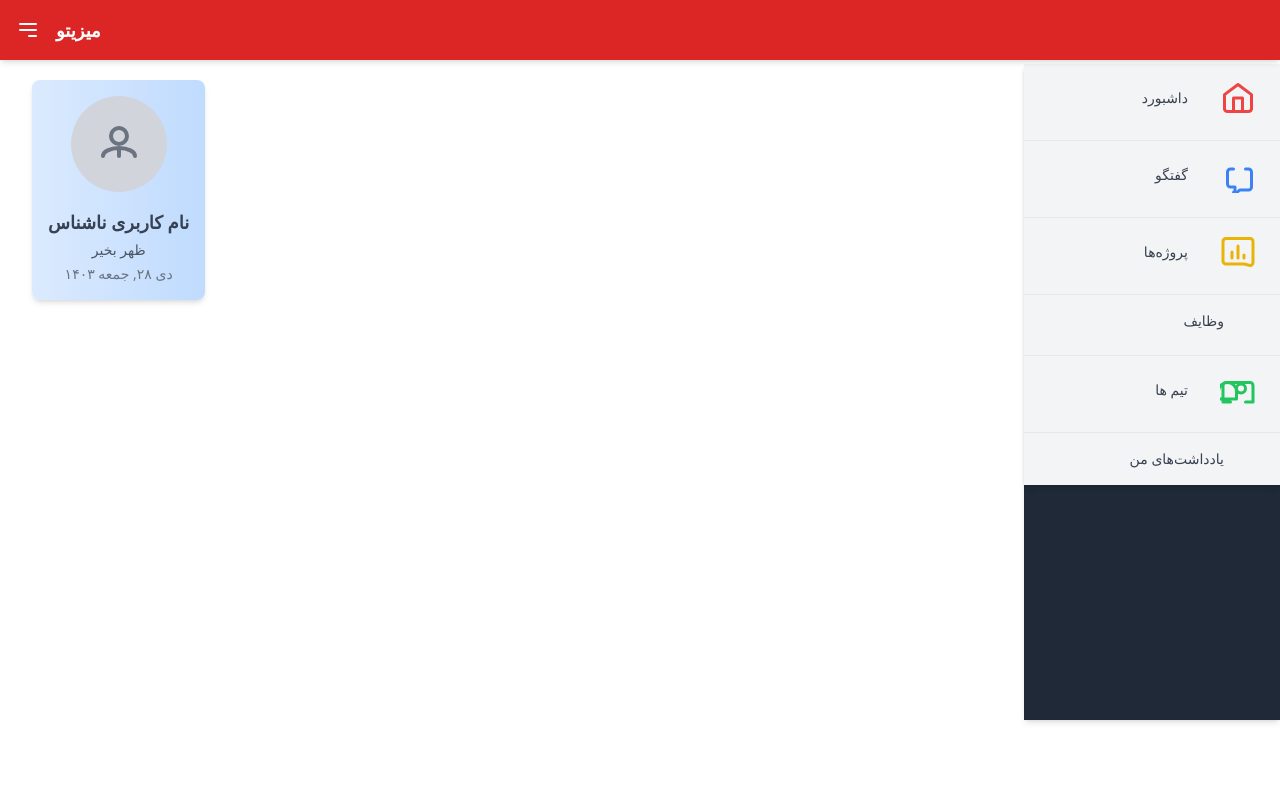
Repository: spnovaa/work-hive
Page: / (app in front_end/)
An editor plug-in stored every save of this project. The page is shown before and after the next save, followed by the edit.
The browser window is 1280 px wide. The pictures show the whole page.
The page's requests for data from a server got no answer. The project was rebuilt for these pictures with package versions that can differ from the ones it lists, and the page was loaded fresh each time. No one was signed in, and anything a server would have sent is missing. Also part of the build but not shown: front_end/src/api/auth.js, front_end/src/components/loadingSpinner.jsx, front_end/src/pages/login.jsx, front_end/src/pages/registration.jsx, front_end/src/common/axiosInstance.js, front_end/src/components/profile/profileSettingsModal.jsx, front_end/src/components/profile/dropdown.jsx, front_end/src/components/project/projectCardComponent.jsx and 10 more.

Above is the page before, as saved 2025-01-18 14:12:17.

### front_end/src/index.js
import React from 'react';
import ReactDOM from 'react-dom/client'; // Import from 'react-dom/client' for React 18+
import './styles/globals.css';
import App from './App';

// Create a root element for rendering the React application
const root = ReactDOM.createRoot(document.getElementById('root'));

// Use the new `render` method for React 18+
root.render(
  <React.StrictMode>
    <App />
  </React.StrictMode>
);

### front_end/src/App.jsx
import React, { useState } from 'react';
import { BrowserRouter as Router, Routes, Route } from 'react-router-dom';
import Login from './pages/login';
import Registration from './pages/registration';
import Home from './pages/home';
import ProjectsDashboard from './components/project/projectDashboard.jsx';
import ProjectDetails from './components/project/projectDetails.jsx';
import NewProject from './components/project/newProject.jsx';
import DashboardSidebar from './components/dashboardSidebar';
import TaskPage from './components/task/taskPage.jsx';
import TeamList from './components/team/teamList.jsx';
import TopBar from './components/topBar.jsx';

function App() {
  const [sidebarVisible, setSidebarVisible] = useState(true);

  const toggleSidebar = () => {
    setSidebarVisible((prev) => !prev);
  };

  return (
    <Router>
      <div className="flex flex-col h-screen">
        <div className="w-full bg-red-600 shadow-md fixed top-0 z-20">
          <TopBar toggleSidebar={toggleSidebar} />
        </div>

        <div className="flex flex-grow">
          {sidebarVisible && (
            <div className="w-64 bg-gray-800 fixed top-16 bottom-0 right-0 z-10 shadow-md">
              <DashboardSidebar />
            </div>
          )}
          <div
            className={`flex-grow ${
              sidebarVisible ? 'pr-64' : ''
            } pt-16 p-4 transition-all duration-300`}
          >
            <Routes>
              <Route path="/login" element={<Login />} />
              <Route path="/register" element={<Registration />} />
              <Route path="/" element={<Home />} />
              <Route path="/projects" element={<ProjectsDashboard />} />
              <Route path="/projects/new" element={<NewProject />} />
              <Route path="/projects/:projectId" element={<ProjectDetails />} />
              <Route path="/tasks" element={<TaskPage />} />
              <Route path="/teams" element={<TeamList />} />
            </Routes>
          </div>
        </div>
      </div>
    </Router>
  );
}

export default App;

### front_end/src/pages/home.jsx
import React, { useState } from 'react';
import ProfileSection from '../components/profile/profileSection';
import { useLocation } from 'react-router-dom';
import DashboardSidebar from '../components/dashboardSidebar';
import  ProfileSettingsModal  from '../components/profile/profileSettingsModal.jsx'
function Home() {
  const [isModalOpen, setIsModalOpen] = useState(false);

    const openModal = () => {
        setIsModalOpen(true);
    };

    const closeModal = () => {
        setIsModalOpen(false);
    };
  const location = useLocation();
  const name = location.state?.name || "نام کاربری ناشناس";
  const [background, setBackground] = useState('bg-white');
  const handleBackgroundChange = (bg) => {
    setBackground(bg);
  };
  const getCurrentDate = () => {
    const options = { weekday: 'long', year: 'numeric', month: 'long', day: 'numeric' };
    return new Date().toLocaleDateString('fa-IR', options);
  };
  return (
    <div className={`h-screen ${background} `}>
      <div className="absolute top-20 left-8">
        <ProfileSection
          name={name}
          greeting="ظهر بخیر"
          date={getCurrentDate()}
          onBackgroundChange={handleBackgroundChange}
          onSettingsClick={openModal}
        />
      </div>
      <ProfileSettingsModal show={isModalOpen} onClose={closeModal} />
    </div>
  );
}

export default Home;

### front_end/src/components/dashboardSidebar.jsx
import React from 'react';
import { useNavigate } from 'react-router-dom';

function SidebarItem({ icon, label, onClick }) {
    return (
        <div
            className="className=flex items-center justify-start flex-row-reverse p-4 cursor-pointer hover:bg-gray-100"
            onClick={onClick}
        >
            <div className="flex items-center">
                <span className="text-lg text-gray-700 mr-2">{icon}</span>
                <span className="text-gray-700 text-sm font-medium mr-8">{label}</span>
            </div>

        </div>
    );
}

function DashboardSidebar() {
    const navigate = useNavigate();

    const handleNavigation = (path) => {
        navigate(path);
    };

    return (
        <div className="w-64 bg-gray-100 text-white shadow-md p-0 " dir="rtl" >
            <SidebarItem
                icon={
                    <svg
                        xmlns="http://www.w3.org/2000/svg"
                        className="h-9 w-9 text-red-500"
                        fill="none"
                        viewBox="0 0 24 24"
                        stroke="currentColor"
                    >
                        <path
                            strokeLinecap="round"
                            strokeLinejoin="round"
                            strokeWidth="2"
                            d="M3 9.75L12 3l9 6.75v9.75A2.25 2.25 0 0118.75 21H5.25A2.25 2.25 0 013 19.5V9.75z"
                        />
                        <path
                            strokeLinecap="round"
                            strokeLinejoin="round"
                            strokeWidth="2"
                            d="M9 21V12h6v9"
                        />
                    </svg>
                }
                label="داشبورد"
                onClick={() => handleNavigation('/')}
            />
            <hr className="w-full border-gray-200 mt-2" />
            <SidebarItem
               icon={
                <svg
                  xmlns="http://www.w3.org/2000/svg"
                  className="h-9 w-9 text-blue-500"
                  fill="none"
                  viewBox="0 0 24 24"
                  stroke="currentColor"
                >
                  <path
                    strokeLinecap="round"
                    strokeLinejoin="round"
                    strokeWidth="2"
                    d="M17 8h2a2 2 0 012 2v10a2 2 0 01-2 2h-5.586a1 1 0 00-.707.293l-2.707 2.707A1 1 0 0110 23V20H7a2 2 0 01-2-2V10a2 2 0 012-2h2"
                  />
                </svg>
              }
                label="گفتگو"
                onClick={() => handleNavigation('/conversations')}
            />
              <hr className="w-full border-gray-200 mt-2" />
            <SidebarItem
                icon={
                    <svg
                      xmlns="http://www.w3.org/2000/svg"
                      className="h-9 w-9 text-yellow-500"
                      fill="none"
                      viewBox="0 0 24 24"
                      stroke="currentColor"
                    >
                      <path
                        strokeLinecap="round"
                        strokeLinejoin="round"
                        strokeWidth="2"
                        d="M8 16v-4m4 4V8m4 8v-2m0 6H4a2 2 0 01-2-2V5a2 2 0 012-2h16a2 2 0 012 2v14a2 2 0 01-2 2z"
                      />
                    </svg>
                  }
                label="پروژه‌ها"
                onClick={() => handleNavigation('/projects')}
            />
              <hr className="w-full border-gray-200 mt-2" />
            <SidebarItem
                icon={<i className="fas fa-tasks" />}
                label="وظایف"
                onClick={() => handleNavigation('/tasks')}
            />
              <hr className="w-full border-gray-200 mt-2" />
            <SidebarItem
              icon={
                <svg
                  xmlns="http://www.w3.org/2000/svg"
                  className="h-9 w-9 text-green-500"
                  fill="none"
                  viewBox="0 0 24 24"
                  stroke="currentColor"
                >
                  <path
                    strokeLinecap="round"
                    strokeLinejoin="round"
                    strokeWidth="2"
                    d="M17 20h5V9a2 2 0 00-2-2H4a2 2 0 00-2 2v11h5m10-9a3 3 0 11-6 0 3 3 0 016 0zm-6 2a6 6 0 00-12 0v5h12v-5z"
                  />
                </svg>
              }
                label="تیم ها"
                onClick={() => handleNavigation('/teams')}
            />
              <hr className="w-full border-gray-200 mt-2" />
            <SidebarItem
                icon={<i className="fas fa-sticky-note" />}
                label="یادداشت‌های من"
                onClick={() => handleNavigation('/notes')}
            />
        </div>
    );
}

export default DashboardSidebar;

### front_end/src/components/topBar.jsx
import React from 'react';

function TopBar({ toggleSidebar }) {
  return (
    <div className="flex items-center justify-between p-4">
      <div className="flex items-center">
        <button
          onClick={toggleSidebar}
          className="mr-4 cursor-pointer text-white"
        >
          <svg
            xmlns="http://www.w3.org/2000/svg"
            className="h-6 w-6"
            fill="none"
            viewBox="0 0 24 24"
            stroke="currentColor"
          >
            <path
              strokeLinecap="round"
              strokeLinejoin="round"
              strokeWidth="2"
              d="M4 6h16M4 12h16m-7 6h7"
            />
          </svg>
        </button>
        <div className="text-white text-lg font-bold">میزیتو</div>
      </div>
    </div>
  );
}

export default TopBar;

### front_end/src/components/profile/profileSection.jsx
import React, { useState, useEffect, useRef } from 'react';
import ProfileDropdown from './dropdown.jsx';

const ProfileSection = ({ name, greeting, date, onBackgroundChange ,onSettingsClick}) => {
  const [isDropdownOpen, setIsDropdownOpen] = useState(false);
  const dropdownRef = useRef(null);

  const toggleDropdown = () => {
    setIsDropdownOpen((prev) => !prev);
  };

  useEffect(() => {
    const handleClickOutside = (event) => {
      if (dropdownRef.current && !dropdownRef.current.contains(event.target)) {
        setIsDropdownOpen(false);
      }
    };

    document.addEventListener('mousedown', handleClickOutside);
    return () => {
      document.removeEventListener('mousedown', handleClickOutside);
    };
  }, []);

  return (
    <div className="relative">
  <div
    className={`relative z-0 p-4 bg-gradient-to-r from-blue-100 to-blue-200 rounded-lg shadow-md max-w-xs cursor-pointer ${
      isDropdownOpen ? 'hidden' : ''
    }`}
    onClick={toggleDropdown}
  >
    <div className="flex flex-col items-center">
      <div className="bg-gray-300 w-24 h-24 rounded-full flex items-center justify-center mb-4">
        <svg
          xmlns="http://www.w3.org/2000/svg"
          className="h-12 w-12 text-gray-500"
          fill="none"
          viewBox="0 0 24 24"
          stroke="currentColor"
        >
          <path
            strokeLinecap="round"
            strokeLinejoin="round"
            strokeWidth="2"
            d="M12 12c2.21 0 4-1.79 4-4s-1.79-4-4-4-4 1.79-4 4 1.79 4 4 4zM12 14c-4.418 0-8 1.79-8 4m8-4c4.418 0 8 1.79 8 4m-8-4v4"
          />
        </svg>
      </div>
      <h2 className="text-lg font-semibold text-gray-700">{name}</h2>
      <p className="text-sm text-gray-600 mt-1">{greeting}</p>
      <p className="text-sm text-gray-500 mt-1">{date}</p>
    </div>
  </div>

  {isDropdownOpen && (
    <div
      ref={dropdownRef}
      className="absolute top-0 left-0  bg-white rounded-lg shadow-lg p-4 w-full"
    >
      <ProfileDropdown onBackgroundChange={onBackgroundChange} onSettingsClick={onSettingsClick} />
    </div>
  )}
</div>

  );
};

export default ProfileSection;

Loaded but not shown: front_end/public/index.html (common file); front_end/src/styles/globals.css (common file); front_end/tailwind.config.js (common file)

After the next save:
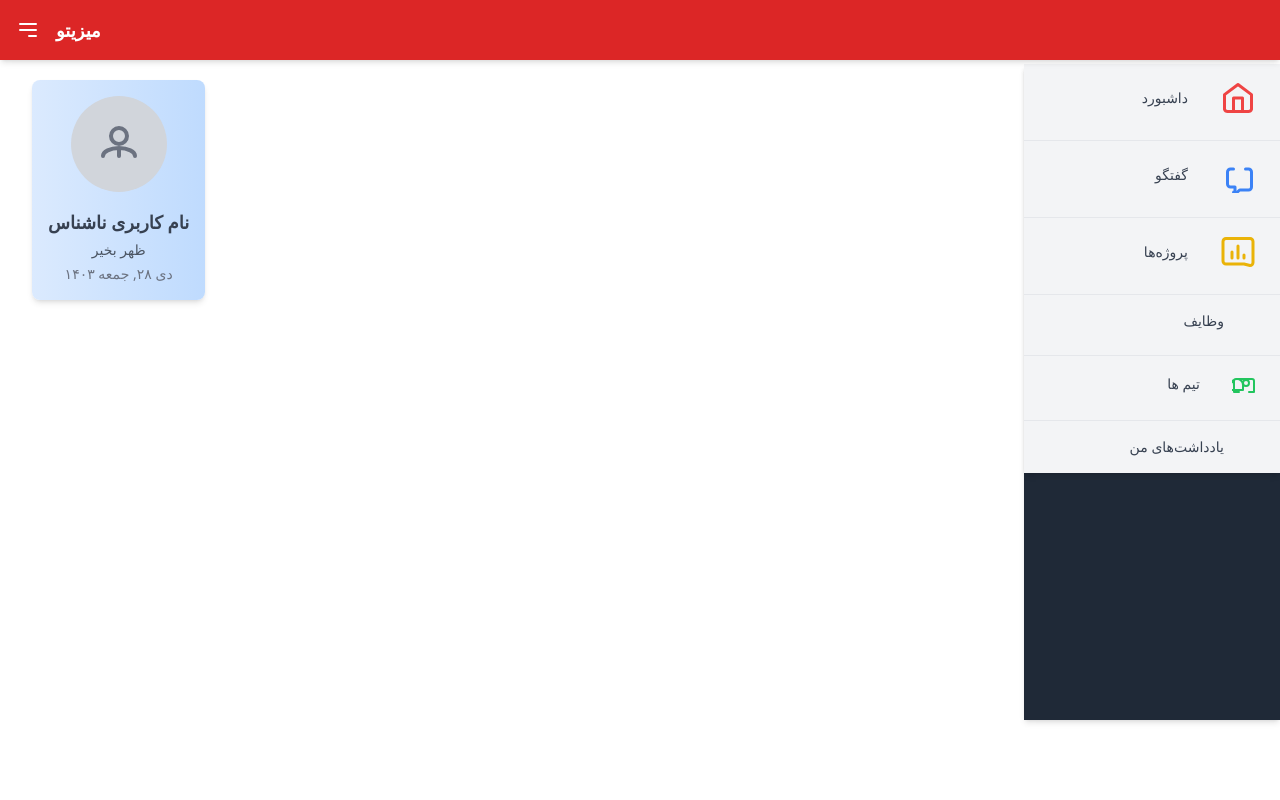
Saved 115 s later.
--- a/front_end/src/components/dashboardSidebar.jsx
+++ b/front_end/src/components/dashboardSidebar.jsx
@@ -101,10 +101,10 @@ function DashboardSidebar() {
             />
               <hr className="w-full border-gray-200 mt-2" />
             <SidebarItem
-              icon={
+             icon={
                 <svg
                   xmlns="http://www.w3.org/2000/svg"
-                  className="h-9 w-9 text-green-500"
+                  className="h-6 w-6 text-green-500"
                   fill="none"
                   viewBox="0 0 24 24"
                   stroke="currentColor"
